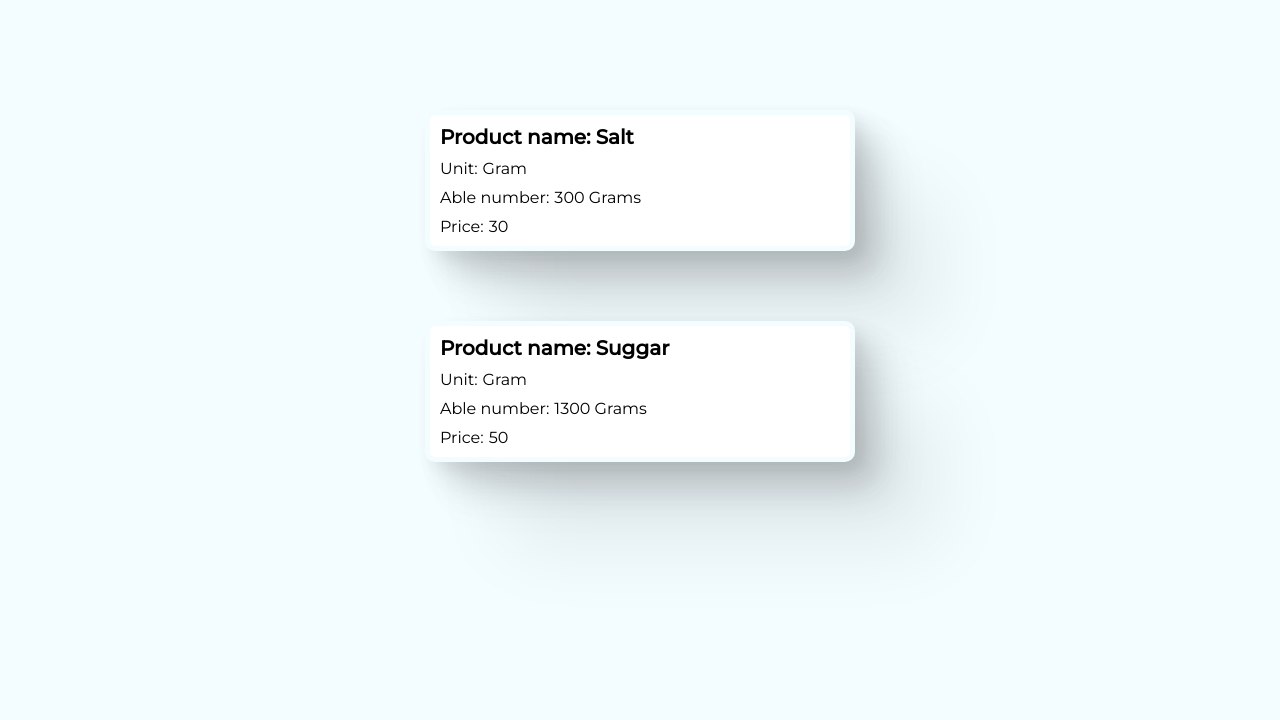
Repository: OlexandraKovach2/Vue
Page: / (app in vuexam/brila-exam/)
The author's editor kept a copy of each file at every save. The page is drawn from the files as they stood at one save, then again after the next save.
The browser window is 1280 px wide. The pictures show the whole page.
The project was rebuilt for these pictures with package versions that can differ from the ones it lists, and the page was loaded fresh each time. Also part of the build but not shown: vuexam/brila-exam/vue.config.js.

Above is the page before, as saved 2022-11-08 21:59:45.

After the next save:
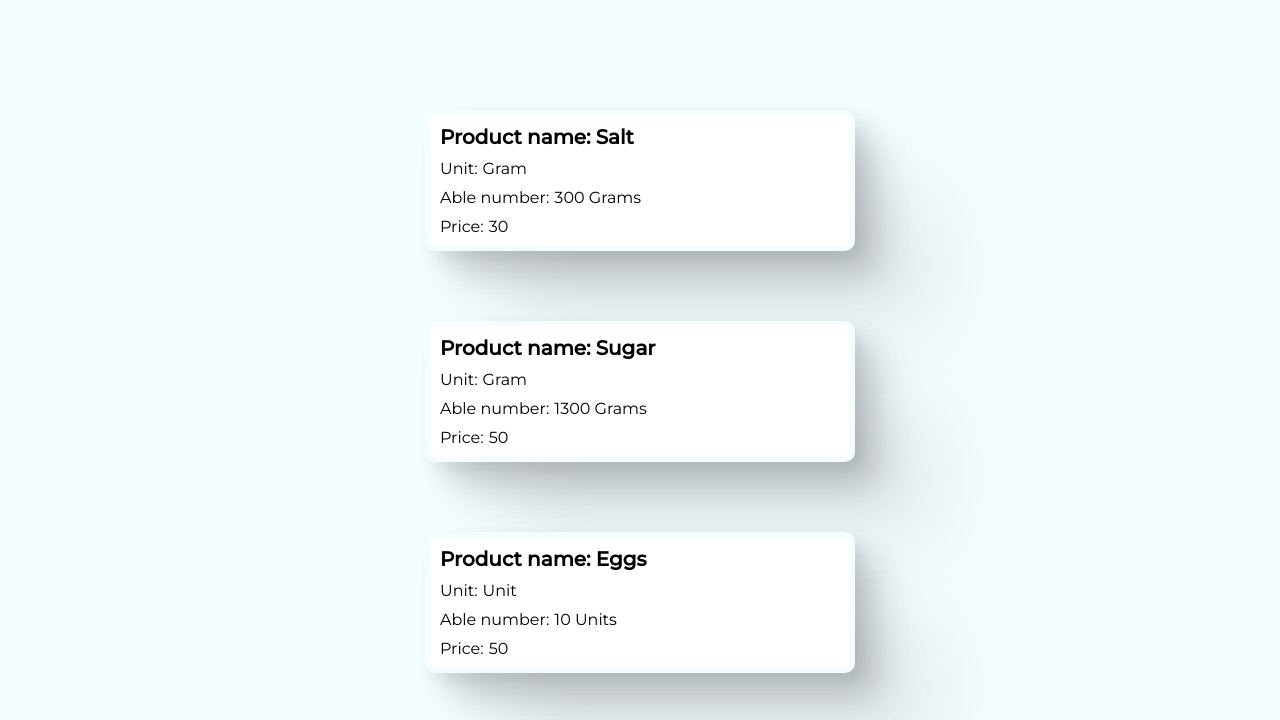
Saved 58 s later.
--- a/vuexam/brila-exam/src/store/index.js
+++ b/vuexam/brila-exam/src/store/index.js
@@ -12,9 +12,16 @@ const store = createStore({
             },
             {
                 id: 2,
-                name: "Suggar",
+                name: "Sugar",
                 unit: "Gram",
                 count: "1300",
+                cost: 50
+            },
+            {
+                id: 3,
+                name: "Eggs",
+                unit: "Unit",
+                count: "10",
                 cost: 50
             }
         ]
